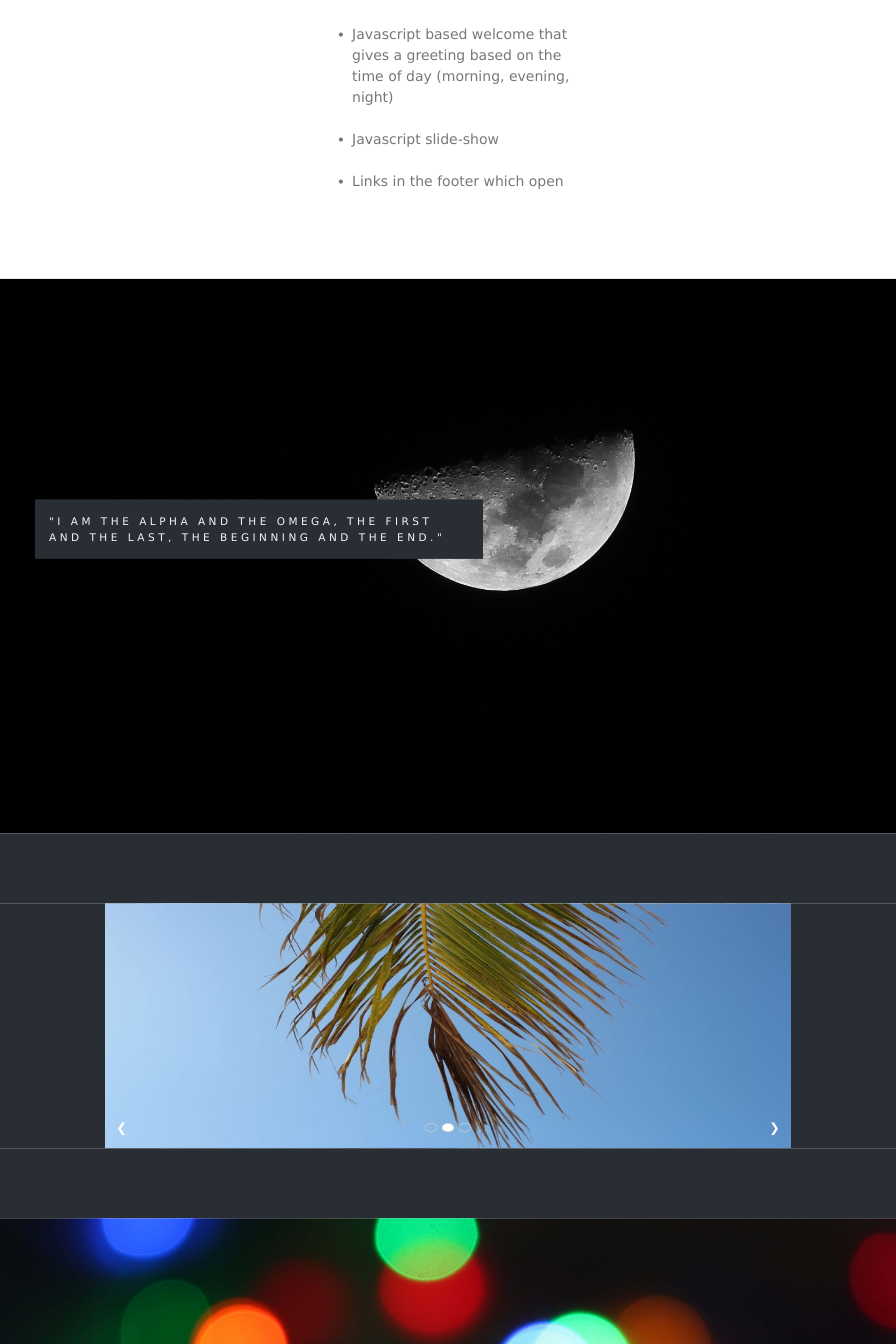
Repository: Jasondhillon/jasondhillon.github.io
Page: index.html
These files come from the project's save history. The page is drawn as it stood at one moment and after the next save; the edit follows.
The browser window is 1280 px wide. The pictures show the part of the page from y = 1458 to 3378 px (the page is 4261 px tall before and 4201 px after), at 70% of full size.
Backgrounds fixed to the window are drawn as part of the page.

Above is the page before, as saved 2020-04-07 17:42:13.

After the next save:
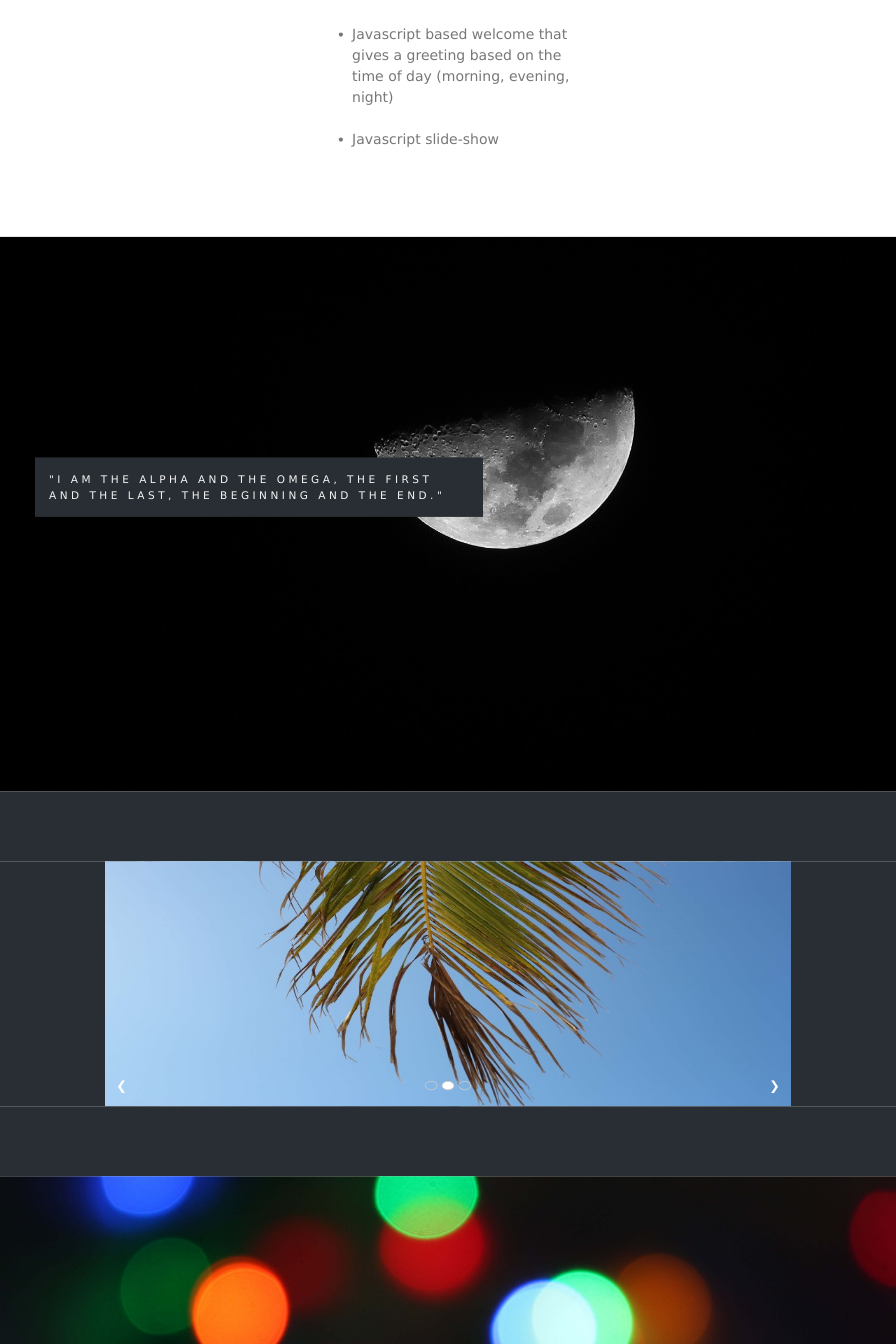
Saved 8 s later.
--- a/index.html
+++ b/index.html
@@ -211,7 +211,6 @@
         <li>Media Queries which make site easy to read on smaller screens</li>
         <li>Javascript based welcome that gives a greeting based on the time of day (morning, evening, night)</li>
         <li>Javascript slide-show</li>
-        <li>Links in the footer which open </li>
       </ul></p>
   </div>
 
